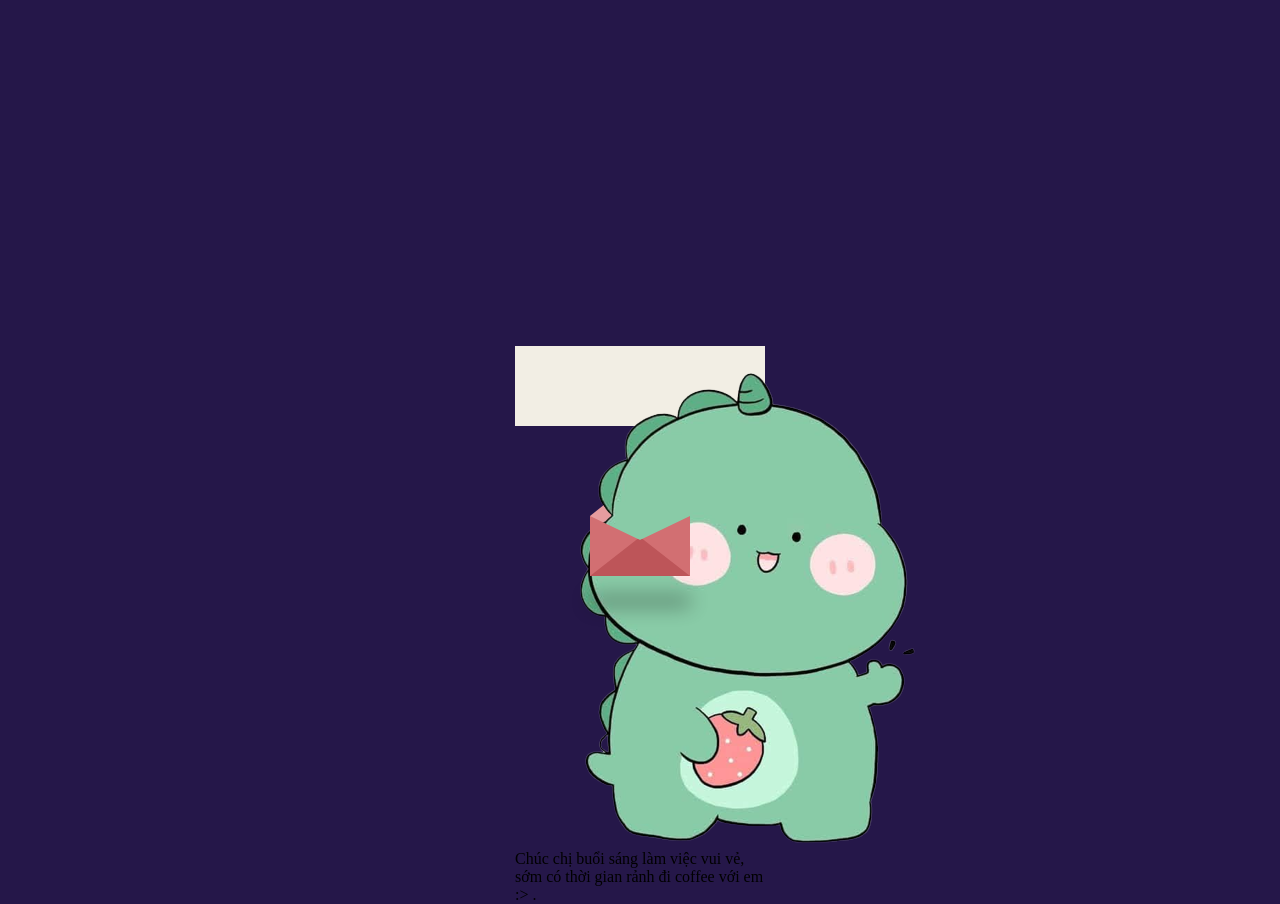
Repository: Dangtrinh28/letter
Page: index.html
The author's editor kept a copy of each file at every save. The page is drawn from the files as they stood at one save, then again after the next save.
The browser window is 1280 px wide. The pictures show the whole page.
The first `input` is checked.

Above is the page before, as saved 2022-12-15 23:41:08.

After the next save:
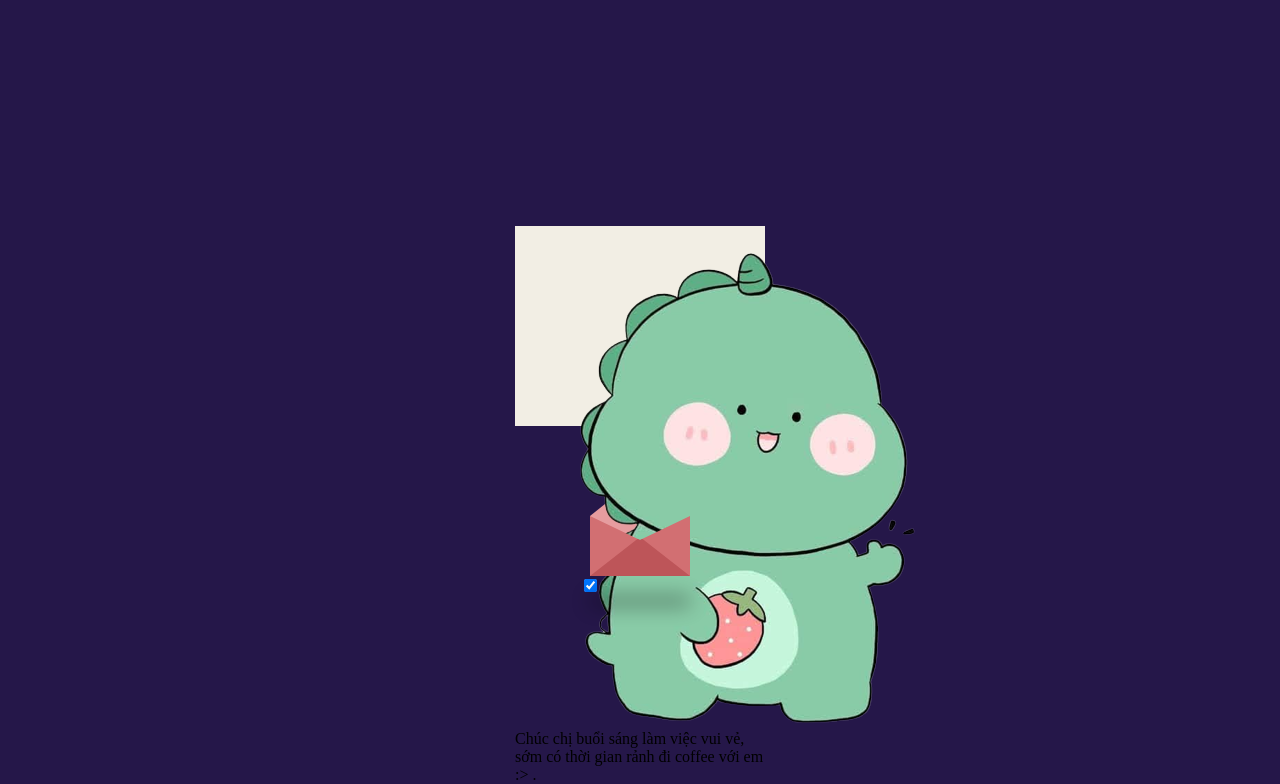
Saved 34 s later.
--- a/main.css
+++ b/main.css
@@ -78,7 +78,7 @@ input {
 input:checked ~ .content {
     bottom: 150px;
     width: 250px;
-    /* height: 200px; */
+    height: 200px;
     margin: 0;
     left: 50%;
     transform: translate(-50%);
